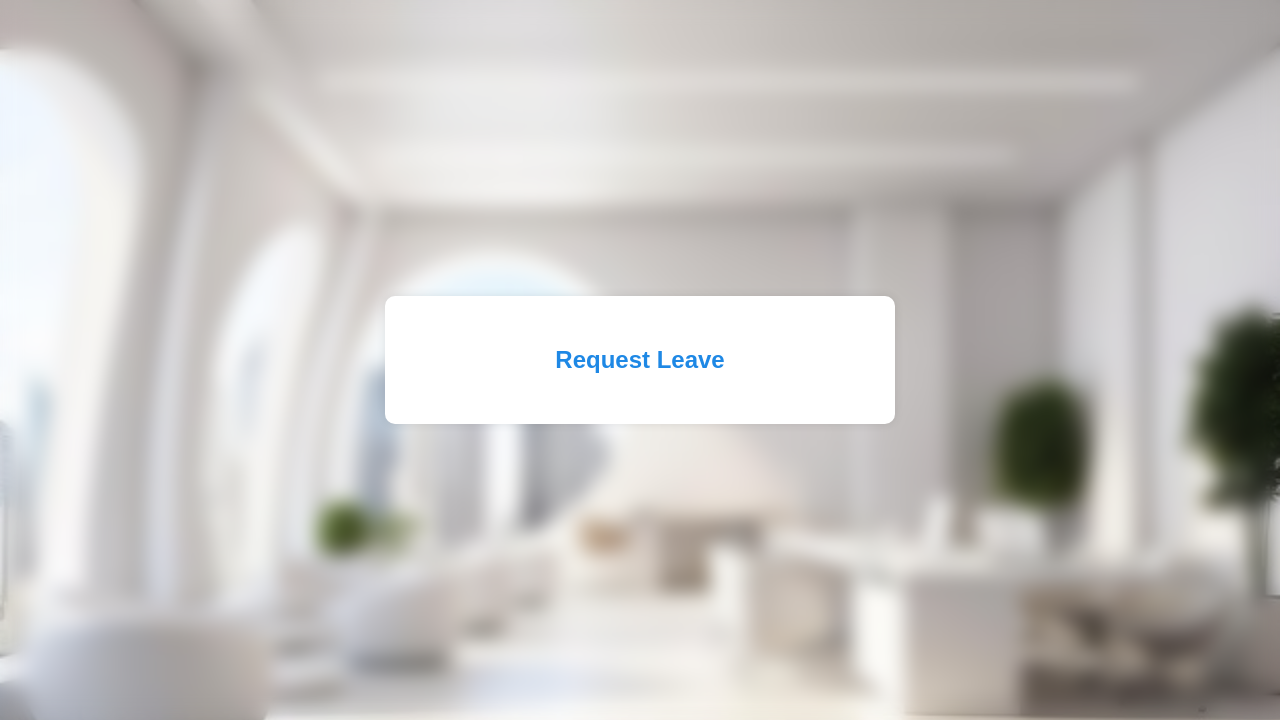
Repository: sakuuLay/StaffManagementSys
Page: http://localhost/test/updtReq.jsp
The author's editor kept a copy of each file at every save. The page is drawn from the files as they stood at one save, then again after the next save.
The browser window is 1280 px wide. The pictures show the whole page.
Backgrounds fixed to the window are drawn as part of the page. The page is served by Tomcat 9. Nobody is signed in. The application's start-up code is not run.

Above is the page before, as saved 2024-10-21 07:52:08.
Console error: TypeError: Cannot read properties of null (reading 'addEventListener')

After the next save:
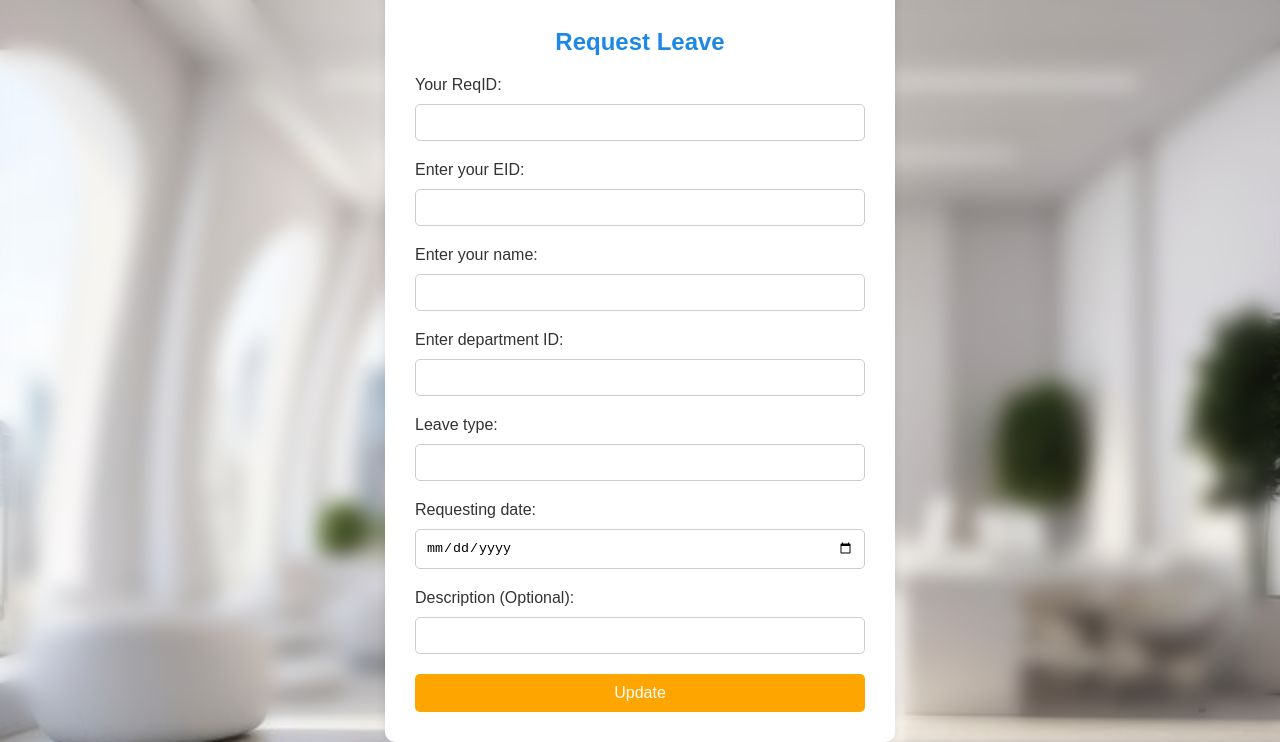
The error is gone.
Saved 2 min 45 s later.
--- a/test/src/main/webapp/updtReq.jsp
+++ b/test/src/main/webapp/updtReq.jsp
@@ -77,7 +77,7 @@
     <div class="background-blur"></div>
     <div class="form-container">
         <h2>Request Leave</h2>
-        <c:forEach var="Req" items="${Req}">
+        <c:forEach var="Req" items="${Req}"></c:forEach>
             <form action="UpdateRServlet" method="post">
                 <label for="empintID">Your ReqID:</label>
                 <input type="text" id="empintID" name="rid" value="${Req.reqID}" readonly>
@@ -104,7 +104,7 @@
 
                 <button type="submit">Update</button>
             </form>
-        </c:forEach>
+
     </div>
 
     <script>
